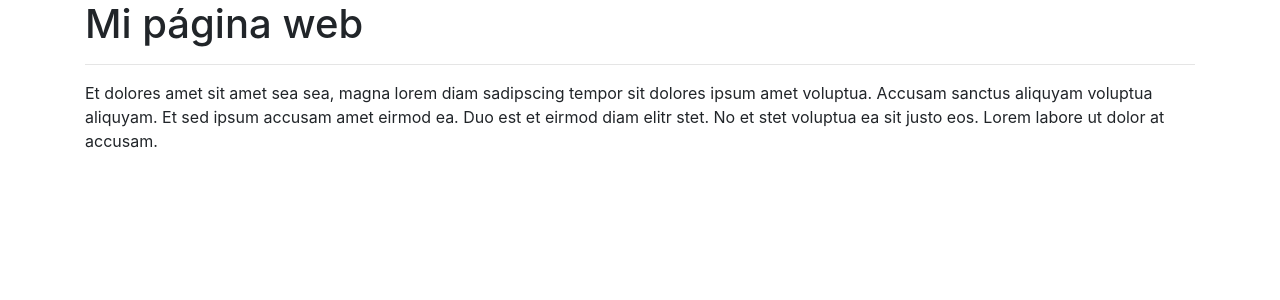
Repository: aegandur/aegandur.github.io
Page: index.html
An editor plug-in stored every save of this project. The page is shown before and after the next save, followed by the edit.
The browser window is 1280 px wide. The pictures show the whole page.

Above is the page before, as saved 2020-09-28 05:02:22.

After the next save:
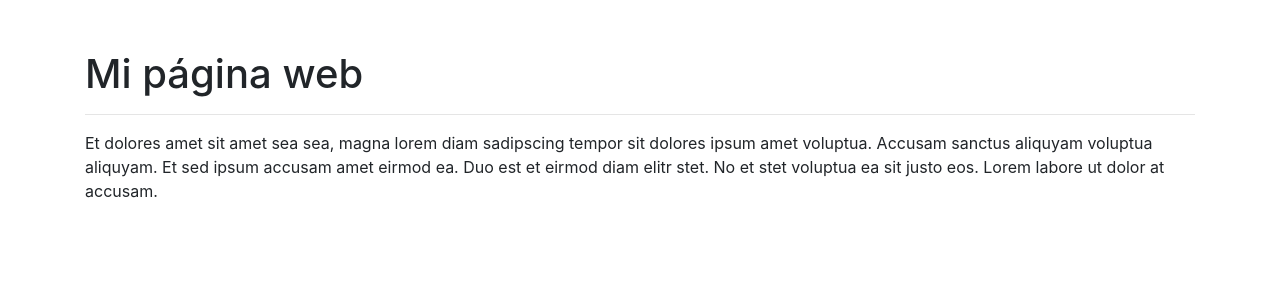
Saved 21 s later.
--- a/index.html
+++ b/index.html
@@ -10,7 +10,7 @@
 </head>
 
 <body>
-    <div class="container">
+    <div class="container main-container">
         <h1>Mi página web</h1>
         <hr>
         <p>
